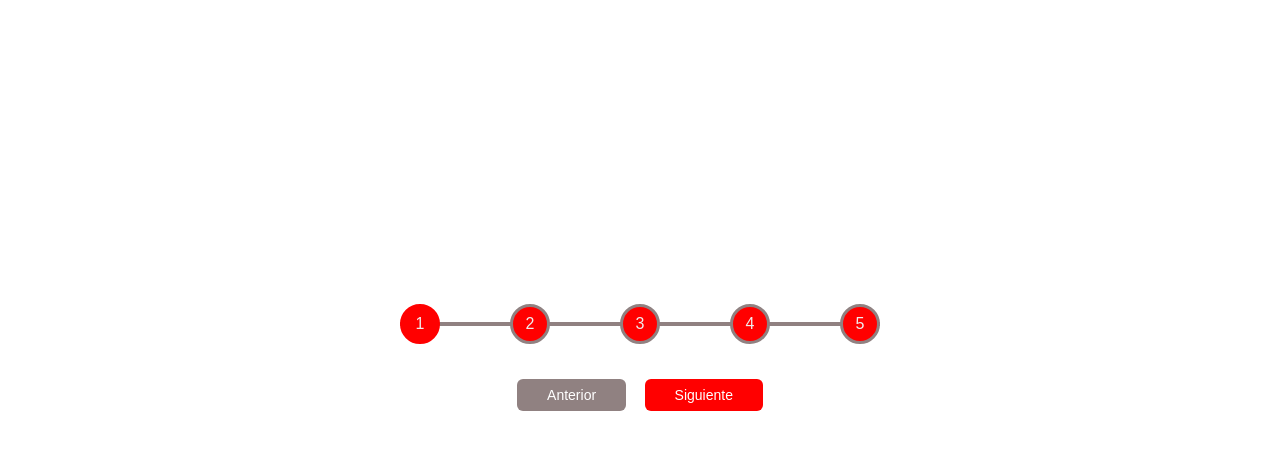
Repository: ElideZavala/Linea-de-tiempo
Page: index.html
These files come from the project's save history. The page is drawn as it stood at one moment and after the next save; the edit follows.
The browser window is 1280 px wide. The pictures show the whole page.
Some web fonts or font styles are not loaded; a fallback is used.

Above is the page before, as saved 2021-05-28 09:41:08.

### index.html
<!DOCTYPE html>
<html lang="en">
<head>
	<meta charset="UTF-8">
	<meta http-equiv="X-UA-Compatible" content="IE=edge">
	<meta name="viewport" content="width=device-width, initial-scale=1.0">
	<link rel="stylesheet" href="style.css">
	<link rel="stylesheet" href="normalize.css">
	<title>Pasos de progreso </title>
</head>
<body>
	<div class="container">
		<div class="progress-container">
			<div class="progress" id="progress"></div>
			<div class="circle active">1</div>
			<div class="circle">2</div>
			<div class="circle">3</div>
			<div class="circle">4</div>
			<div class="circle">5</div>
		</div>

		<button class="btn" id="prev" disabled>Anterior</button>
		<button class="btn" id="next">Siguiente</button>
		<script src="script.js"></script>
	</div>
</body>
</html>

### style.css
/* @import url('https://fonts.googleapis.com/css2?family=Roboto:wght@400;700&display=swap'); */
@import url('https://fonts.googleapis.com/css?family=Muli&display=swap');


:root {
	--line-border-fill: red;
	--line-border-empty: rgb(144, 129, 129);
}

* {
	box-sizing: border-box;
}

body {
	font-family: 'Muli', sans-serif;
	display: flex;
	flex-direction: column;
	align-items: center;
	justify-content: center;
	height: 100vh;
	overflow: hidden;
	margin: 0;
}

.container {
	text-align: center;
}

.progress-container {
	display: flex;
	justify-content: space-between;
	position: relative;
	margin-bottom: 30px;
	max-width: 100%;
	width: 480px;
}

.progress-container::before {
	content: '';
	background-color: var( --line-border-empty);
	position: absolute;
	top: 50%;
	left: 0;
	transform: translateY(-50%);
	height: 4px;
	width: 100%;
	z-index: -1;
	transition: 0.4s ease;
}

.progress {
	background-color: var( --line-border-fill );
	position: absolute;
	top: 50%;
	left: 0;
	transform: translateY(-50%);
	height: 4px;
	width: 0%;
	z-index: -1;
	transition: 0.4s ease;
}

.circle {
	background-color: red;
	color: #eee;
	border-radius: 50%;
	height: 40px;
	width: 40px;
	display: flex;
	align-items: center;
	justify-content: center;
	border: 3px solid var( --line-border-empty );
	transition: .4s ease;
	-moz-animation: rotacion 10s infinite linear;
	bow-shadow: 0px 5px 15px #888;
}

@-moz-keyframes rotacion{
	0% {
		background-position: 0px 0px;
	}
	100%{
		background-position: -160px 0px;
	}
}

.circle.active {
	border-color: red;
}

.btn {
	background-color: var(--line-border-fill);
	color: #fff;
	border: 0;
	border-radius: 6px;
	cursor: pointer;
	font-family: inherit;
	padding: 8px 30px;
	margin: 5px 7px;
	font-size: 14px;
}

.btn:active {
	transform: scale(0.98);
}

.btn:focus {
	outline: 0;
}

.btn:disabled {
	background-color: var( --line-border-empty );
	cursor: not-allowed;
}

### script.js
const progress = document.querySelector('#progress');
const prev = document.querySelector('#prev');
const next = document.querySelector('#next');
const circles = document.querySelectorAll('.circle');

let currentActive = 1

next.addEventListener('click', () => {
	currentActive++

	if (currentActive > circles.length) {
		currentActive = circles.length
	}

	update();
})

prev.addEventListener('click', () => {
	currentActive--

	if (currentActive < 1) {
		currentActive = 1;
	}

	update();
})

function update() {
	circles.forEach((circle, idx) => {
		if (idx < currentActive) {
			circle.classList.add('active');
		} else {
			circle.classList.remove('active');
		}
	})

	const actives = document.querySelectorAll('.active');
	console.log(actives.length)

	const percent = (actives.length - 1) / (circles.length - 1) * 100 + '%';

	progress.style.width = percent;

	if (currentActive === 1) {
		prev.disabled = true;
	} else if (currentActive === circles.length) {
		next.disabled = true;
	} else {
		prev.disabled = false;
		next.disabled = false;
	}
}

Loaded but not shown: normalize.css (library)

After the next save:
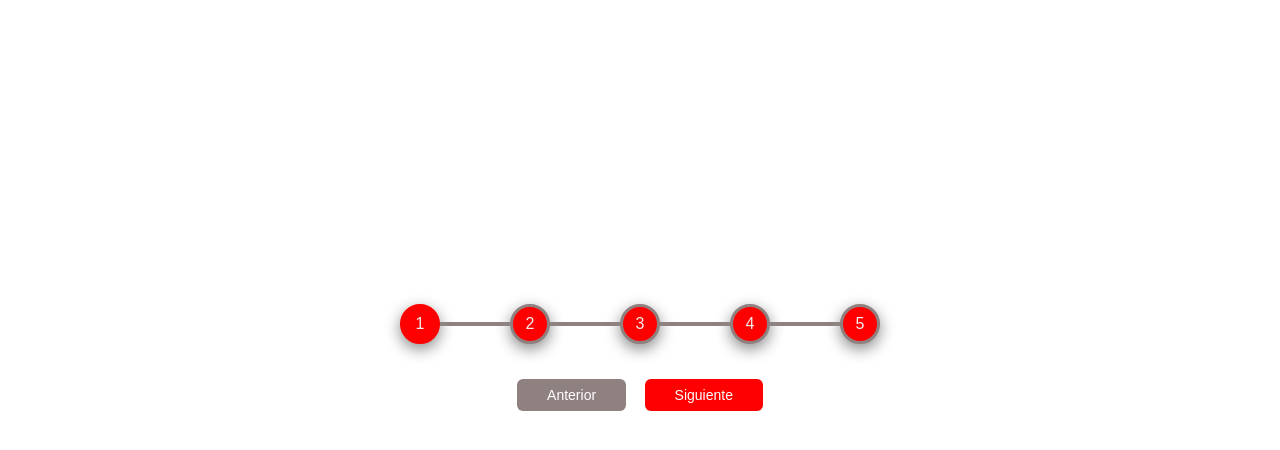
Saved 14 s later.
--- a/style.css
+++ b/style.css
@@ -72,7 +72,7 @@ body {
 	border: 3px solid var( --line-border-empty );
 	transition: .4s ease;
 	-moz-animation: rotacion 10s infinite linear;
-	bow-shadow: 0px 5px 15px #888;
+	box-shadow: 0px 5px 15px #888;
 }
 
 @-moz-keyframes rotacion{
